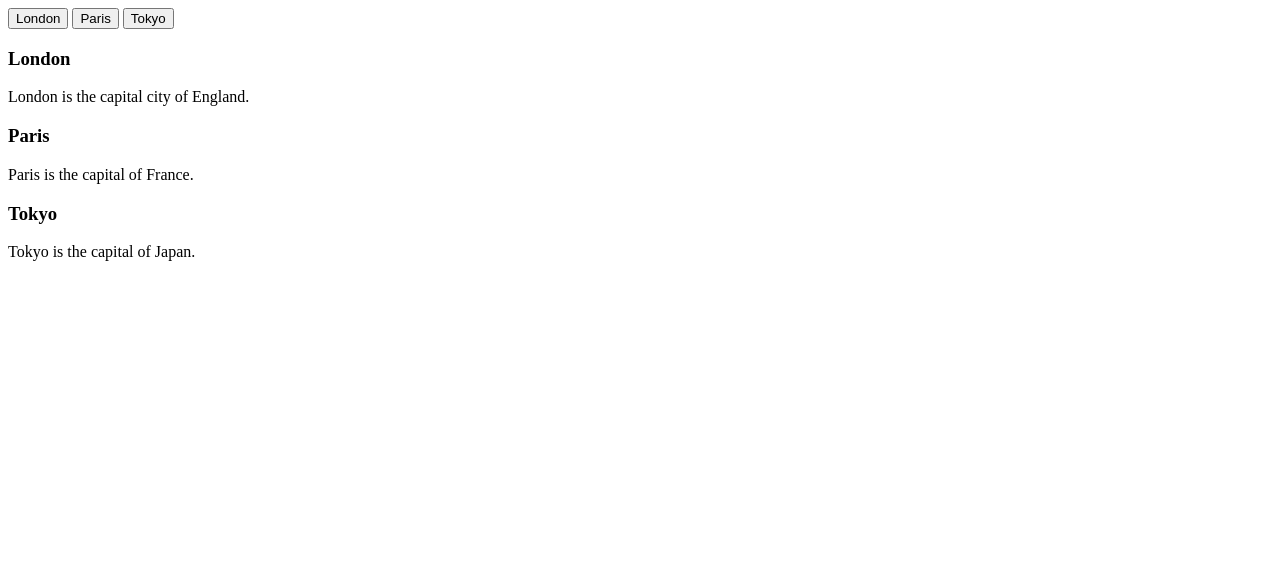
Repository: brandonhyc/note_collection
Page: 基础笔记/HTML_CSS_JS/Examples/inheritanceComponent/index.html
An editor plug-in stored every save of this project. The page is shown before and after the next save, followed by the edit.
The browser window is 1280 px wide. The pictures show the whole page.

Above is the page before, as saved 2019-02-15 01:15:01.

### 基础笔记/HTML_CSS_JS/Examples/inheritanceComponent/index.html
<!DOCTYPE html>
<html>
<head>
    <meta charset="utf-8" />
    <meta http-equiv="X-UA-Compatible" content="IE=edge">
    <title>Page Title</title>
    <meta name="viewport" content="width=device-width, initial-scale=1">
    <!-- <link rel="stylesheet" type="text/css" media="screen" href="main.css" /> -->

</head>
<body>



</body>
<template>
    <div class="tabSwitcher">
        <div class="tab">
            <button class="tablinks" value=0>London</button>
            <button class="tablinks" value=1>Paris</button>
            <button class="tablinks" value=2>Tokyo</button>
        </div>

        <!-- Tab content -->
        <div class="container">
            <div id="London" class="tabcontent" id="tabContent-1">
                <h3>London</h3>
                <p>London is the capital city of England.</p>
            </div>

            <div id="Paris" class="tabcontent" id="tabContent-2">
                <h3>Paris</h3>
                <p>Paris is the capital of France.</p>
            </div>

            <div id="Tokyo" class="tabcontent" id="tabContent-3">
                <h3>Tokyo</h3>
                <p>Tokyo is the capital of Japan.</p>
            </div>
        </div>
    </div>

</template>

    <script src="inheritanceComponent.js"></script>
</html>

### 基础笔记/HTML_CSS_JS/Examples/inheritanceComponent/inheritanceComponent.js
class tabSwitcher {
    constructor(id) {
        this.id = id;
        this.node = null;
    }

    get create() {
        let temp = document.getElementsByTagName("template")[0];
        let clon = temp.content.cloneNode(true);

        clon.id = this.id;
        this.node = clon;

        let buttonsDiv = this.node.querySelector(".tab");
        buttonsDiv.addEventListener('click', this.switchTab);

        document.body.appendChild(this.node);
        return clon;
    }


    switchTab(event) {
        let index = event.target.value;
        let tabs = this.parentElement.querySelectorAll(".container div");
        // stop papergate

        // close previous tab
        for (let i = 0; i < tabs.length; i++) {
            tabs[i].style.display = "none";
        }
        debugger
        // show the tab content
        tabs[index].style.display = "contents";
    }

}


(function main() {
    let tabCompObj = new tabSwitcher("first");
    let tabComp= tabCompObj.create;


})()

After the next save:
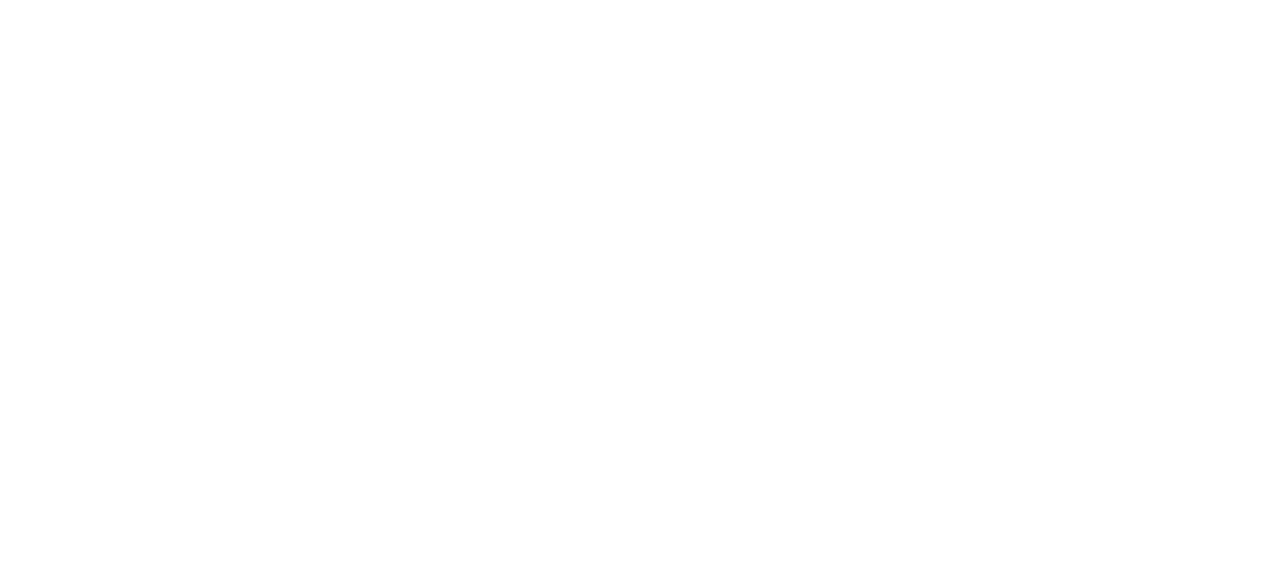
Console error: SyntaxError: Identifier 'tabCompObj' has already been declared
Saved 23 s later.
--- a/基础笔记/HTML_CSS_JS/Examples/inheritanceComponent/inheritanceComponent.js
+++ b/基础笔记/HTML_CSS_JS/Examples/inheritanceComponent/inheritanceComponent.js
@@ -40,5 +40,7 @@
     let tabCompObj = new tabSwitcher("first");
     let tabComp= tabCompObj.create;
 
+    let tabCompObj = new tabSwitcher("second");
+    let tabComp = tabCompObj.create;
 
 })()

After the save that followed:
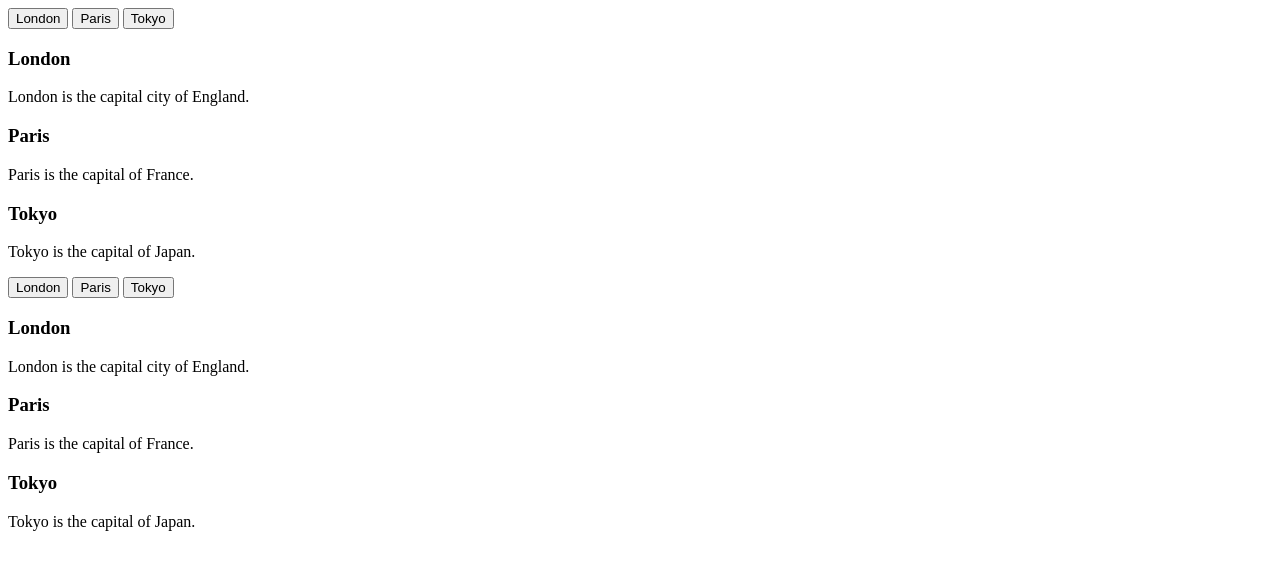
The error is gone.
Saved 17 s later.
--- a/基础笔记/HTML_CSS_JS/Examples/inheritanceComponent/inheritanceComponent.js
+++ b/基础笔记/HTML_CSS_JS/Examples/inheritanceComponent/inheritanceComponent.js
@@ -40,7 +40,7 @@
     let tabCompObj = new tabSwitcher("first");
     let tabComp= tabCompObj.create;
 
-    let tabCompObj = new tabSwitcher("second");
-    let tabComp = tabCompObj.create;
+    let tabCompObj2 = new tabSwitcher("second");
+    let tabComp2 = tabCompObj.create;
 
 })()
